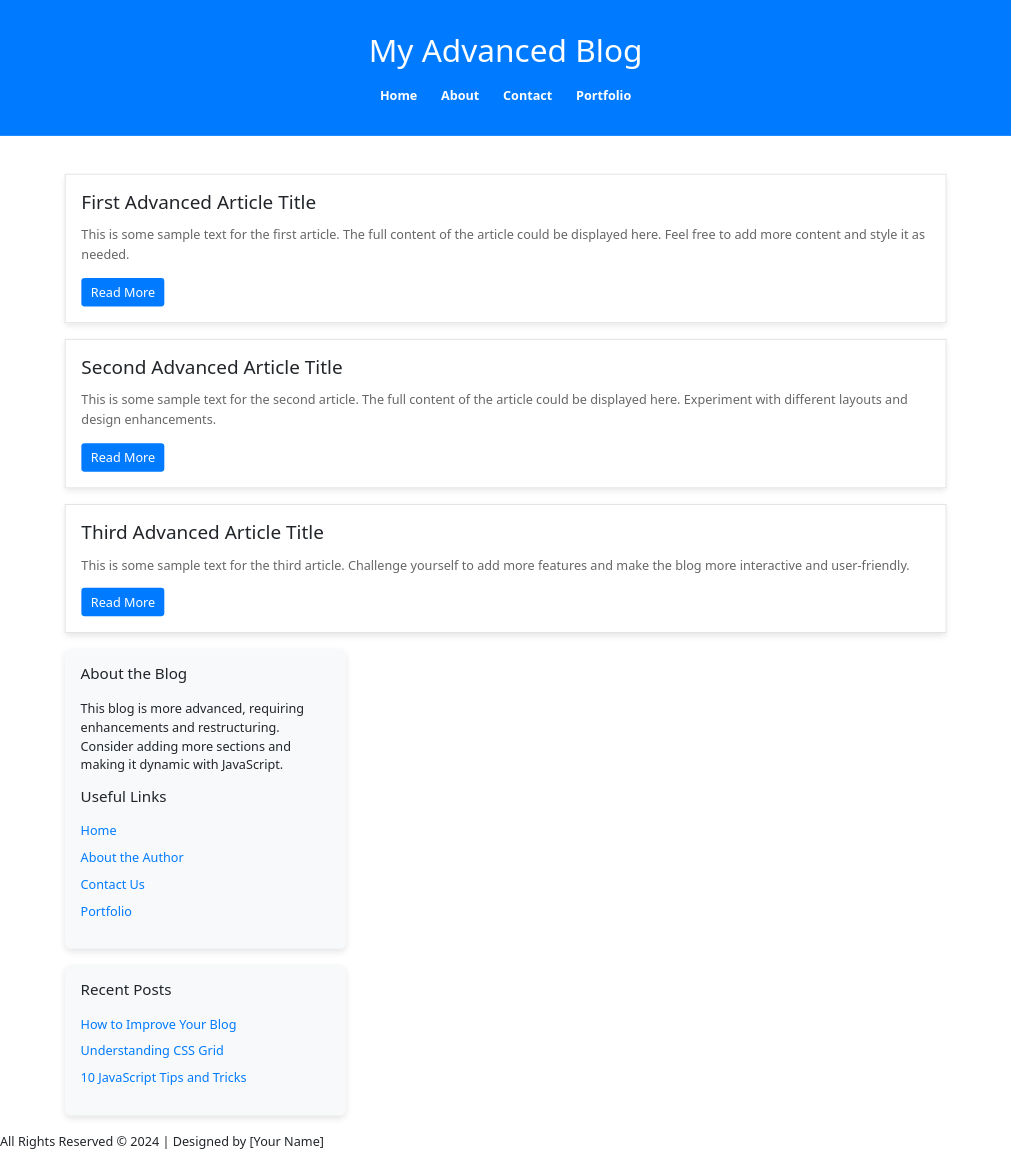
Repository: zeinawady/Blog-Code-Refactoring
Page: index.html
The author's editor kept a copy of each file at every save. The page is drawn from the files as they stood at one save, then again after the next save.
The browser window is 1280 px wide. The pictures show the whole page, at 79% of full size.

Above is the page before, as saved 2024-09-23 14:04:07.

### index.html
<!DOCTYPE html>
<html lang="en">
  <head>
    <meta charset="UTF-8" />
    <meta name="viewport" content="width=device-width, initial-scale=1.0" />
    <title>My Advanced Blog</title>
    <link rel="stylesheet" href="style.css">
    <link
      href="https://cdn.jsdelivr.net/npm/bootstrap@5.1.3/dist/css/bootstrap.min.css"
      rel="stylesheet"
    />

  </head>
  <body>
    <header>
      <h1>My Advanced Blog</h1>
      <nav>
        <a href="#">Home</a>
        <a href="#">About</a>
        <a href="#">Contact</a>
        <a href="#">Portfolio</a>
      </nav>
    </header>

    <div class="container mt-5">
      <div class="row">
        <div class="col-md-8 col-lg-12">
          <article>
            <h2>First Advanced Article Title</h2>
            <p>
              This is some sample text for the first article. The full content
              of the article could be displayed here. Feel free to add more
              content and style it as needed.
            </p>
            <button class="btn btn-primary">Read More</button>
          </article>
          <article>
            <h2>Second Advanced Article Title</h2>
            <p>
              This is some sample text for the second article. The full content
              of the article could be displayed here. Experiment with different
              layouts and design enhancements.
            </p>
            <button class="btn btn-primary">Read More</button>
          </article>
          <article>
            <h2>Third Advanced Article Title</h2>
            <p>
              This is some sample text for the third article. Challenge yourself
              to add more features and make the blog more interactive and
              user-friendly.
            </p>
            <button class="btn btn-primary">Read More</button>
          </article>
        </div>
        <div class="col-md-4">
          <aside>
            <h3>About the Blog</h3>
            <p>
              This blog is more advanced, requiring enhancements and
              restructuring. Consider adding more sections and making it dynamic
              with JavaScript.
            </p>
            <h3>Useful Links</h3>
            <ul>
              <li><a href="#">Home</a></li>
              <li><a href="#">About the Author</a></li>
              <li><a href="#">Contact Us</a></li>
              <li><a href="#">Portfolio</a></li>
            </ul>
          </aside>
          <aside>
            <h3>Recent Posts</h3>
            <ul>
              <li><a href="#">How to Improve Your Blog</a></li>
              <li><a href="#">Understanding CSS Grid</a></li>
              <li><a href="#">10 JavaScript Tips and Tricks</a></li>
            </ul>
          </aside>
        </div>
      </div>
    </div>

    <footer>
      <p>All Rights Reserved © 2024 | Designed by [Your Name]</p>
    </footer>

    <script src="https://cdn.jsdelivr.net/npm/bootstrap@5.1.3/dist/js/bootstrap.bundle.min.js"></script>
  </body>
</html>

### style.css
body {
    font-family: Arial, sans-serif;
    background-color: #f4f4f9;
  }
  header {
    background-color: #007bff;
    color: white;
    padding: 40px 0;
    text-align: center;
    position: relative;
  }
  header::after {
    content: "";
    position: absolute;
    bottom: -20px;
    left: 50%;
    transform: translateX(-50%);
    width: 100px;
    height: 5px;
    background-color: white;
  }
  nav {
    display: flex;
    justify-content: center;
    margin-top: 20px;
  }
  nav a {
    color: white;
    margin: 0 15px;
    text-decoration: none;
    font-weight: bold;
  }
  nav a:hover {
    text-decoration: underline;
  }
  article {
    border: 1px solid #ddd;
    margin-bottom: 20px;
    padding: 20px;
    background-color: white;
    box-shadow: 0 4px 8px rgba(0, 0, 0, 0.1);
    transition: transform 0.3s ease, box-shadow 0.3s ease;
  }
 artcile:hover {
    transform: translateY(-5px);
    box-shadow: 0 8px 16px rgba(0, 0, 0, 0.2);
  }
  article h2 {
    font-size: 1.5rem;
    margin-bottom: 15px;
  }
  article p {
    color: #666;
    line-height: 1.6;
  }
  article .btn-primary {
    background-color: #007bff;
    border: none;
  }
  article .btn-primary:hover {
    background-color: #0056b3;
  }
  aside {
    background-color: #f8f9fa;
    padding: 20px;
    border-radius: 8px;
    box-shadow: 0 4px 8px rgba(0, 0, 0, 0.1);
    margin-bottom: 20px;
  }
  aside h3 {
    margin-bottom: 20px;
    font-size: 1.2rem;
  }
  aside ul {
    list-style-type: none;
    padding-left: 0;
  }
  aside ul li {
    margin-bottom: 10px;
  }
  aside ul li a {
    color: #007bff;
    text-decoration: none;
  }
  aside ul li a:hover {
    text-decoration: underline;
  }
  .footer {
    background-color: #343a40;
    color: white;
    text-align: center;
    padding: 20px;
    margin-top: 40px;
  }
  .footer p {
    margin: 0;
  }

After the next save:
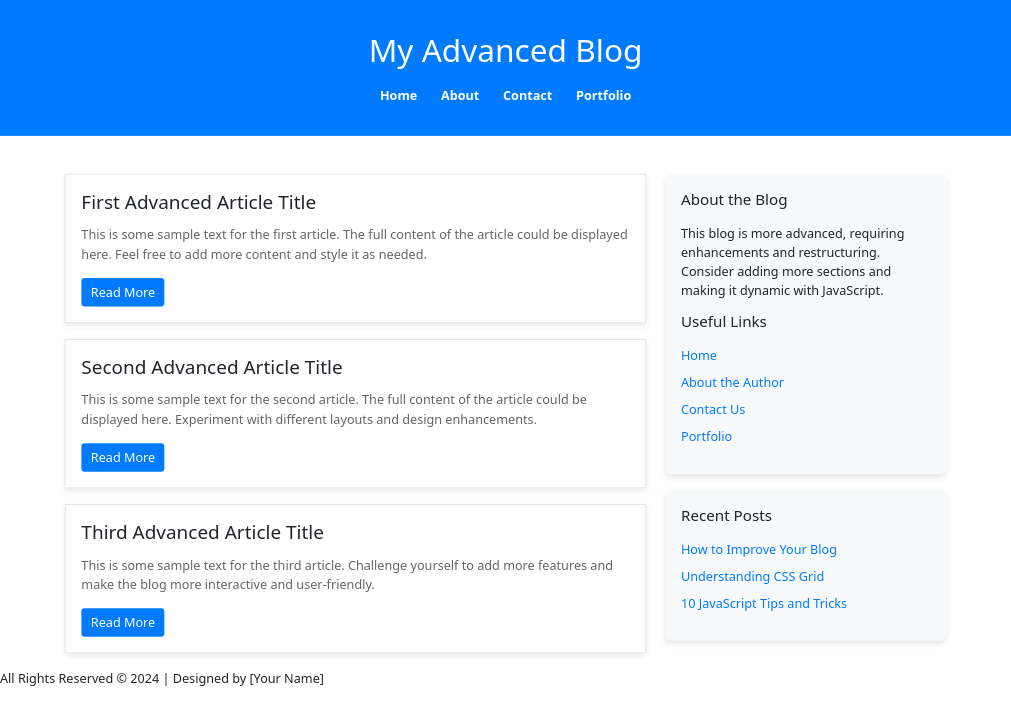
Saved 9 s later.
--- a/index.html
+++ b/index.html
@@ -24,7 +24,7 @@
 
     <div class="container mt-5">
       <div class="row">
-        <div class="col-md-8 col-lg-12">
+        <div class="col-md-8">
           <article>
             <h2>First Advanced Article Title</h2>
             <p>
